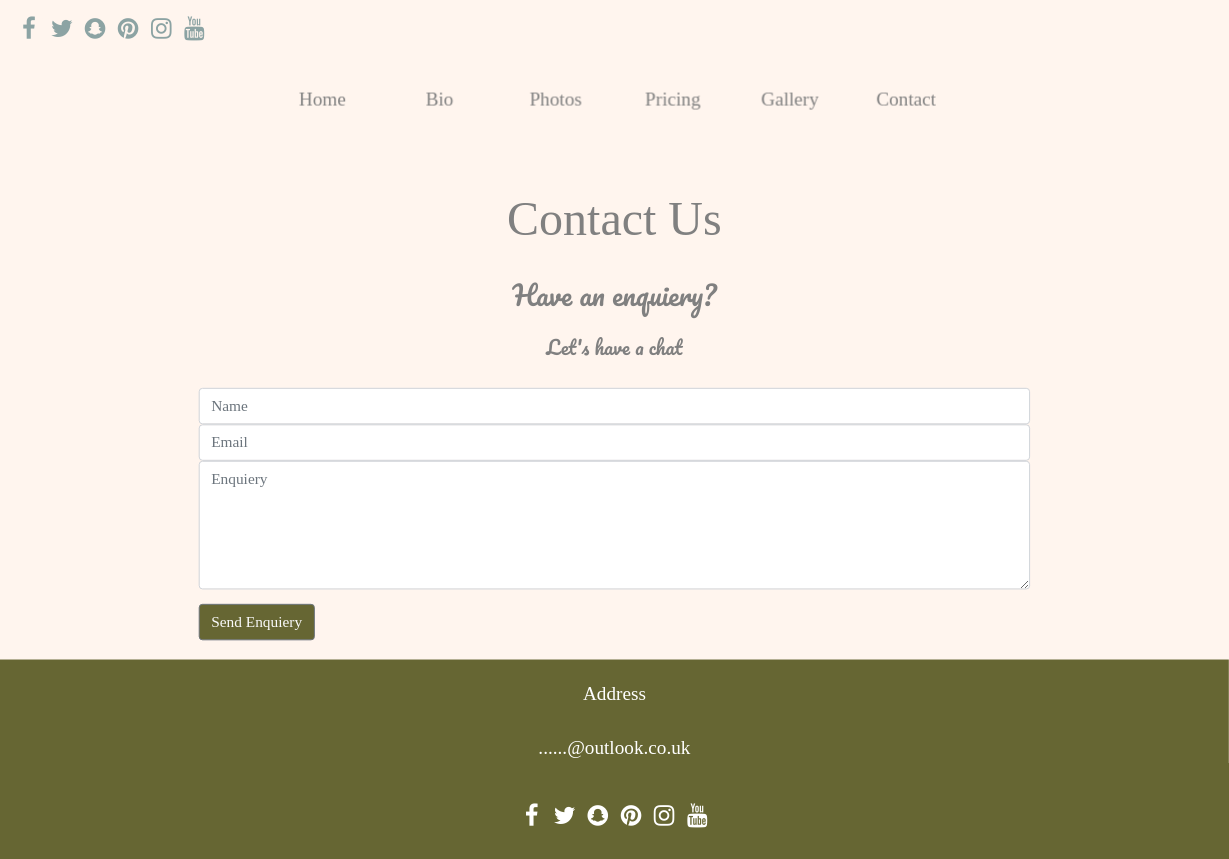
Repository: elizabeth24602/LoaderMedia
Page: contact.html
The author's editor kept a record of every edit. The page is drawn from the files as they stood at one moment, then again after the next edit.
The browser window is 1280 px wide. The pictures show the whole page, at 96% of full size.
Some web fonts or font styles are not loaded; a fallback is used.

Above is the page before.
Console error: ReferenceError: emailjs is not defined
Not found: Assests/images/

### contact.html
<!DOCTYPE html>
<html lang="en">
<head>
    <meta charset="UTF-8">
    <meta name="viewport" content="width=device-width, initial-scale=1.0">
    <meta http-equiv="X-UA-Compatible" content="ie=edge">

    <link rel="stylesheet" href="static/css/bootstrap.min.css" type="text/css" />
    <link rel="stylesheet" href="static/css/dc.min.css" type="text/css" />



    <link rel="stylesheet" href="https://stackpath.bootstrapcdn.com/bootstrap/4.3.1/css/bootstrap.min.css" type="text/css" />
    <link rel="stylesheet" href="https://stackpath.bootstrapcdn.com/font-awesome/4.7.0/css/font-awesome.min.css" type="text/css" />
    <link href="https://fonts.googleapis.com/css?family=Lacquer&display=swap" rel="stylesheet">
    <link href="https://fonts.googleapis.com/css?family=Beth+Ellen&display=swap" rel="stylesheet">
    <link rel="stylesheet" href="https://cdnjs.cloudflare.com/ajax/libs/hover.css/2.3.1/css/hover-min.css" type="text/css" />
    <link rel="stylesheet" href="Assests/images/" type="text/css" />
    <link rel="stylesheet" href="Assests/css/style.css" type="text/css" />

    <title>Loader Media</title>

     <script type="text/javascript" src="static/js/d3.min.js"></script>
    <script type="text/javascript" src="static/js/crossfilter.min.js"></script>
    <script type="text/javascript" src="static/js/dc.min.js"></script>
    <script type="text/javascript" src="static/js/queue.min.js"></script>
    <script type="text/javascript" src="static/js/graph.js"></script>

    <script type="text/javascript"
        src="https://cdn.jsdelivr.net/npm/emailjs-com@2.4.0/dist/email.min.js">
    </script>
    <script type="text/javascript">
        (function(){
      emailjs.init("user_t0zUP8ySyXRy1bOf7ZHEA");
        })();
    </script>

</head>
<body>
     <header class="container-fluid">
        <div id="social-links" class="row">
        <div class="col-sm-4">
                <ul class="list-inline social-links">
                    <li class="list-inline-item">
                        <a target="_blank" href="#">
                            <i class="fa fa-facebook" aria-hidden="true"></i>
                            <span class="sr-only">Facebook</span>
                        </a>
                    </li>
                    <li class="list-inline-item">
                        <a target="_blank" href="#">
                            <i class="fa fa-twitter" aria-hidden="true"></i>
                            <span class="sr-only">Twitter</span>
                        </a>
                    </li>
                    <li class="list-inline-item">
                        <a target="_blank" href="#">
                            <i class="fa fa-snapchat" aria-hidden="true"></i>
                            <span class="sr-only">Snapchat</span>
                        </a>
                    </li>
                    <li class="list-inline-item">
                        <a target="_blank" href="#">
                            <i class="fa fa-pinterest" aria-hidden="true"></i>
                            <span class="sr-only">Pinterest</span>
                        </a>
                    </li>
                    <li class="list-inline-item">
                        <a target="_blank" href="#">
                            <i class="fa fa-instagram" aria-hidden="true"></i>
                            <span class="sr-only">Instagram</span>
                        </a>
                    </li>
                    <li class="list-inline-item">
                        <a target="_blank" href="#">
                            <i class="fa fa-youtube" aria-hidden="true"></i>
                            <span class="sr-only">YouTube</span>
                        </a>
                    </li>
                </ul>
            </div>
        </div>
         <div class="row no-gutters">
            <div class="col">
                <ul id="nav" class="list-inline menucontainer">
                    <li class="col-4 col-sm-2 ui-menu-color-home list-inline-item menuitem">
                        <a href="index.html" class="hvr-underline-from-center"><span>Home</span></a>
                    </li>
                    <li class="col-4 col-sm-2 ui-menu-color-bio list-inline-item menuitem">
                        <a href="bio.html" class="hvr-underline-from-center"><span>Bio</span></a>
                    </li>
                     <li class="col-4 col-sm-2 ui-menu-color-photos list-inline-item menuitem">
                        <a href="photos.html" class="hvr-underline-from-center"><span>Photos</span></a>
                    </li>
                    <li class="col-4 col-sm-2 ui-menu-color-pricing list-inline-item menuitem">
                        <a href="photos.html" class="hvr-underline-from-center"><span>Pricing</span></a>
                    </li>
                    <li class="col-4 col-sm-2 ui-menu-color-gallery list-inline-item menuitem">
                        <a href="music.html" class="hvr-underline-from-center"><span>Gallery</span></a>
                    </li>
                    <li class="col-4 col-sm-2 ui-menu-color-contact list-inline-item menuitem">
                        <a href="contact.html" class="hvr-underline-from-center"><span>Contact</span></a>
                    </li>
                </ul>
            </div>
        </div>

        <div class="row no-gutters">
            <div class="col headings">
                <h3 class="name3">Contact Us</h3>
            </div>
        </div>
    </header>

    <section class="container-fluid">
        <div class="row bg-color-contact">
            <div class="col-sm-12">
                <h3 class="contact-heading uppercase text-center">Have an enquiery?</h3>
                <h5 class="uppercase text-center">Let's have a chat</h5>
            </div>
            <div class="col-sm-12 center-form">
                <input type="text" name="name" class="form-control" id="fullname" placeholder="Name" required/>
                <input type="text" name="emailaddress" class="form-control" id="emailaddress" placeholder="Email" required/>
                <textarea rows="5" name="projectsummary" class="form-control" id="projectsummary" placeholder="Enquiery" required></textarea>
                <button type="submit" class="btn btn-secondary center-block">Send Enquiery</button>
                </form>
            </div>
        </div>
    </section>

    <footer class="container-fluid">
    <div id="footer-details" class="row">
        <div class="col-sm-12">
            <p class="address">Address</p>
        </div>
    </div>
        <div class="row">
            <div class="col-sm-12">
                <p class="email">......@outlook.co.uk</p>
            </div>
        </div>
        <div class="row">
            <div class="col-sm-12">
                        <ul class="list-inline social-links2 container-fluid">
                    <li class="list-inline-item">
                        <a target="_blank" href="#">
                            <i class="fa fa-facebook" aria-hidden="true"></i>
                            <span class="sr-only">Facebook</span>
                        </a>
                    </li>
                    <li class="list-inline-item">
                        <a target="_blank" href="#">
                            <i class="fa fa-twitter" aria-hidden="true"></i>
                            <span class="sr-only">Twitter</span>
                        </a>
                    </li>
                    <li class="list-inline-item">
                        <a target="_blank" href="#">
                            <i class="fa fa-snapchat" aria-hidden="true"></i>
                            <span class="sr-only">Snapchat</span>
                        </a>
                    </li>
                    <li class="list-inline-item">
                        <a target="_blank" href="#">
                            <i class="fa fa-pinterest" aria-hidden="true"></i>
                            <span class="sr-only">Pinterest</span>
                        </a>
                    </li>
                    <li class="list-inline-item">
                        <a target="_blank" href="#">
                            <i class="fa fa-instagram" aria-hidden="true"></i>
                            <span class="sr-only">Instagram</span>
                        </a>
                    </li>
                    <li class="list-inline-item">
                        <a target="_blank" href="#">
                            <i class="fa fa-youtube" aria-hidden="true"></i>
                            <span class="sr-only">YouTube</span>
                        </a>
                    </li>
                </ul>
            </div>
        </div>
    </footer>

<script>src = static/js/sendEmail.js</script>

</body>
</html>

### Assests/css/style.css
@import url('https://fonts.googleapis.com/css?family=Lacquer:100,200,300,400,500,600,700|Beth+Ellen:100,200,300,400,500,600,700|Pacifico:100,200,300,400,500,600,700');

/*-------------------------------Website Name */

.name {
    font-family: "Beth+Ellen";
     font-weight: 100;
    font-size: 80px;
    margin-top: 70px;
    text-align: center;
    color: #808080;
}

.name3 {
    font-family: "Beth+Ellen";
     font-weight: 60;
    font-size: 50px;
    margin-top: 70px;
    text-align: center;
    color: #808080;
}

/*-------------------------------Background */

body {
    background: #fff5ee;
}

/*-------------------------------Social */

.social-links {
    padding-top: 15px;
    padding-bottom: 15px;
}

.social-links li a i {
    width: 30px;
    height: 30px;
    padding: 12px 0;
    border-radius: 20%;
    font-size: 25px;
    line-height: 7px;
    text-align: center;
    color: #8ca3a3;
    background: #fff5ee;
    transition: all 0.35s ease-in-out;
    -moz-transition: all 0.35s ease-in-out;
    -webkit-transition: all 0.35s ease-in-out;
    -o-transition: all 0.35s ease-in-out;
}

/*-------------------------------menu */


.list-inline-item:not(:last-child) {
    margin: 0;
}

.menucontainer {
    font-size: 0;
    margin: auto;
    width: 60%;
    padding: 10px;
}

#nav li {
    font-size: 20px;
    font-family: 'Beth+Ellen';
    padding: 0;
}

.menuitem {
    text-align: center;
    padding: 0;
}

.body {
    text-align: center;
}

.menuitem a {
    width: 100%;
    text-decoration: none;
    color: #808080;
}

.hvr-underline-from-center:before {
    background-color: #ffffff;
    color: #d3d3d3;
}


.a:hover {
    text-decoration: none;
}

/*-------------------------------Footer */


footer {
    background-color: #666633;
    color: #ffffff;
    min-height: 120px;
    margin: 0;
}

.address {
    color: #ffffff;
    text-align: center;
    font-family: "Beth+Ellen";
    padding-top: 20px;
    font-size: 20px;
}
.email {
    color: #ffffff;
    text-align: center;
    font-family: "Beth+Ellen";
    padding: 10px;
    font-size: 20px;
}

.social-links2 {
    padding-top: 15px;
    padding-bottom: 15px;
    text-align: center;
}

.social-links2 li a i {
    width: 30px;
    height: 30px;
    padding: 12px 0;
    border-radius: 20%;
    font-size: 25px;
    line-height: 7px;
    text-align: center;
    color: #ffffff;
    background: #5563f46;
    transition: all 0.35s ease-in-out;
    -moz-transition: all 0.35s ease-in-out;
    -webkit-transition: all 0.35s ease-in-out;
    -o-transition: all 0.35s ease-in-out;
}

/*-------------------------------Photos */

.purchased {
    font-family: 'pacifico';
    font-weight: 100;
    font-size: 30px;
    margin-top: 50px;
    text-align: center;
    color: #808080;
}

.gender {
    color: #808080;
    font-family: "Beth+Ellen";
}

.dc-chart rect.bar {
fill: #666633;
}

.gender-balance {
    color: #808080;
}

.info {
    font-family: "pacifico";
    color: #808080;
    text-align: center;
}

.info2 {
    font-family: "pacifico";
    color: #808080;
    text-align: center;
}

.info3 {
    font-family: "pacifico";
    color: #808080;
    text-align: center;
}

.shade {
    color: #ffffff;
    font-family: "Beth+Ellen";
}

/*-------------------------------contact */

.contact-heading {
    font-family: "Beth+Ellen";
    text-align: center;
    font-weight: 100;
    margin-top: 25px;
    margin-bottom: 20px;
    color: #808080;
}

.text-center {
    font-family: "pacifico";
    text-align: center;
    font-weight: 100;
    margin-top: 25px;
    margin-bottom: 20px;
    color: #808080;
}


.center-form {
    padding-top: 10px;
    margin: 0 auto;
    max-width: 70%;
    font-family: "Beth+Ellen";
}

button[type="submit"] {
    margin-top: 15px;
    margin-bottom: 20px;
    background-color: #666633;
    color: #fafafa;
    font-family: "Beth+Ellen";
}

.chat {
   font-family: "Beth+Ellen";
    font-weight: 100;
    margin-top: 25px;
    margin-bottom: 20px;
    color: #808080;
}

.number {
     font-family: "pacifico";
    font-weight: 100;
    margin-top: 25px;
    margin-bottom: 20px;
    color: #808080;
}

### static/js/graph.js
queue()
    .defer(d3.csv, "data/Salaries.csv")
    .await(makeGraphs);

function makeGraphs(error, salaryData) {
    var ndx = crossfilter(salaryData);

    salaryData.forEach(function(d){
        d.salary = parseInt(d.salary);
    })

    show_discipline_selector(ndx);
    show_gender_balance(ndx);
    show_average_salary(ndx);
    show_rank_distribution(ndx);

    dc.renderAll();
}

function show_discipline_selector(ndx) {
    var dim = ndx.dimension(dc.pluck('discipline'));
    var group = dim.group();

    dc.selectMenu("#discipline-selector")
        .dimension(dim)
        .group(group);
}


function show_gender_balance(ndx) {
    var dim = ndx.dimension(dc.pluck('sex'));
    var group = dim.group();

    dc.barChart("#gender-balance")
        .width(400)
        .height(300)
        .margins({top: 10, right: 50, bottom: 30, left: 50})
        .dimension(dim)
        .group(group)
        .transitionDuration(500)
        .x(d3.scale.ordinal())
        .xUnits(dc.units.ordinal)
        .xAxisLabel("Gender")
        .yAxis().ticks(20);
}


function show_average_salary(ndx) {
    var dim = ndx.dimension(dc.pluck('sex'));

    function add_item(p, v) {
        p.count++;
        p.total += v.salary;
        p.average = p.total / p.count;
        return p;
    }

    function remove_item(p, v) {
        p.count--;
        if(p.count == 0) {
            p.total = 0;
            p.average = 0;
        } else {
            p.total -= v.salary;
            p.average = p.total / p.count;
        }
        return p;
    }

    function initialise() {
        return {count: 0, total: 0, average: 0};
    }

    var averageSalaryByGender = dim.group().reduce(add_item, remove_item, initialise);

    dc.barChart("#average-salary")
        .width(400)
        .height(300)
        .margins({top: 10, right: 50, bottom: 30, left: 50})
        .dimension(dim)
        .group(averageSalaryByGender)
        .valueAccessor(function(d){
            return d.value.average.toFixed(2);
        })
        .transitionDuration(500)
        .x(d3.scale.ordinal())
        .xUnits(dc.units.ordinal)
        .elasticY(true)
        .xAxisLabel("Shade")
        .yAxis().ticks(10);
}


function show_rank_distribution(ndx) {

    function rankByGender(dimension, rank) {
        return dimension.group().reduce(
            function (p, v) {
                p.total++;
                if(v.rank == rank) {
                    p.match++;
                }
                return p;
            },
            function (p, v) {
                p.total--;
                if(v.rank == rank) {
                    p.match--;
                }
                return p;
            },
            function () {
                return {total: 0, match: 0};
            }
        );
    }

    var dim = ndx.dimension(dc.pluck("sex"));
    var profByGender = rankByGender(dim, "Motor Vehicles");
    var asstProfByGender = rankByGender(dim, "Animals");
    var assocProfByGender = rankByGender(dim, "Landscapes");

    dc.barChart("#rank-distribution")
        .width(400)
        .height(300)
        .dimension(dim)
        .group(profByGender, "Motors")
        .stack(asstProfByGender, "Animals")
        .stack(assocProfByGender, "Landscapes")
        .valueAccessor(function(d) {
            if(d.value.total > 0) {
                return (d.value.match / d.value.total) * 100;
            } else {
                return 0;
            }
        })
        .x(d3.scale.ordinal())
        .xUnits(dc.units.ordinal)
        .legend(dc.legend().x(320).y(20).itemHeight(15).gap(5))
        .margins({top: 10, right: 100, bottom: 30, left: 30});
}

Loaded but not shown: static/css/bootstrap.min.css (library); static/css/dc.min.css (library); static/js/d3.min.js (library); static/js/crossfilter.min.js (library); static/js/dc.min.js (library); static/js/queue.min.js (common file)

After the next edit:
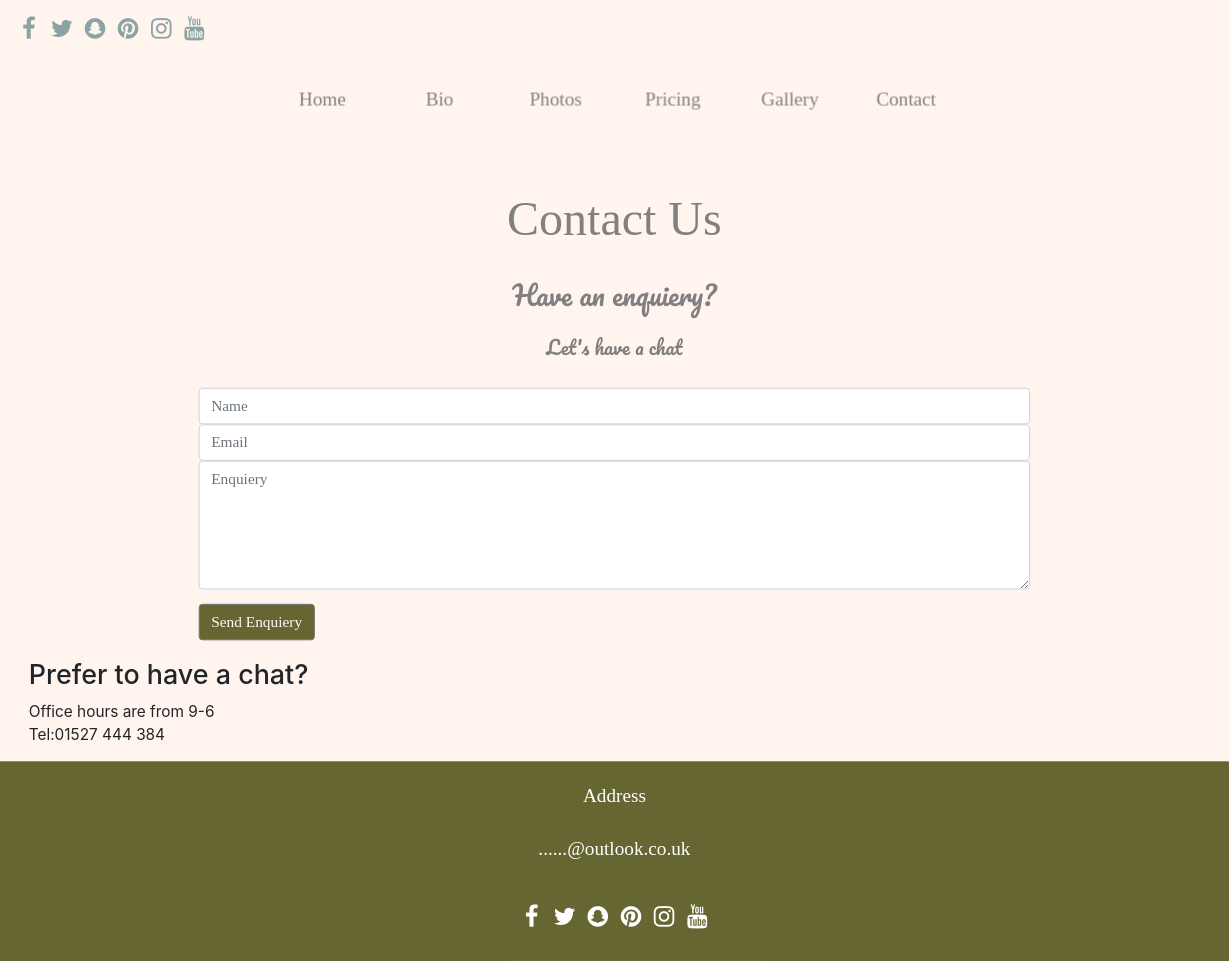
The edit:
--- a/contact.html
+++ b/contact.html
@@ -126,6 +126,11 @@
                 </form>
             </div>
         </div>
+        <div class="col-sm-12">
+            <h3>Prefer to have a chat?</h3>
+            <p>Office hours are from 9-6<br>
+            Tel:01527 444 384</p>
+        </div>
     </section>
 
     <footer class="container-fluid">
